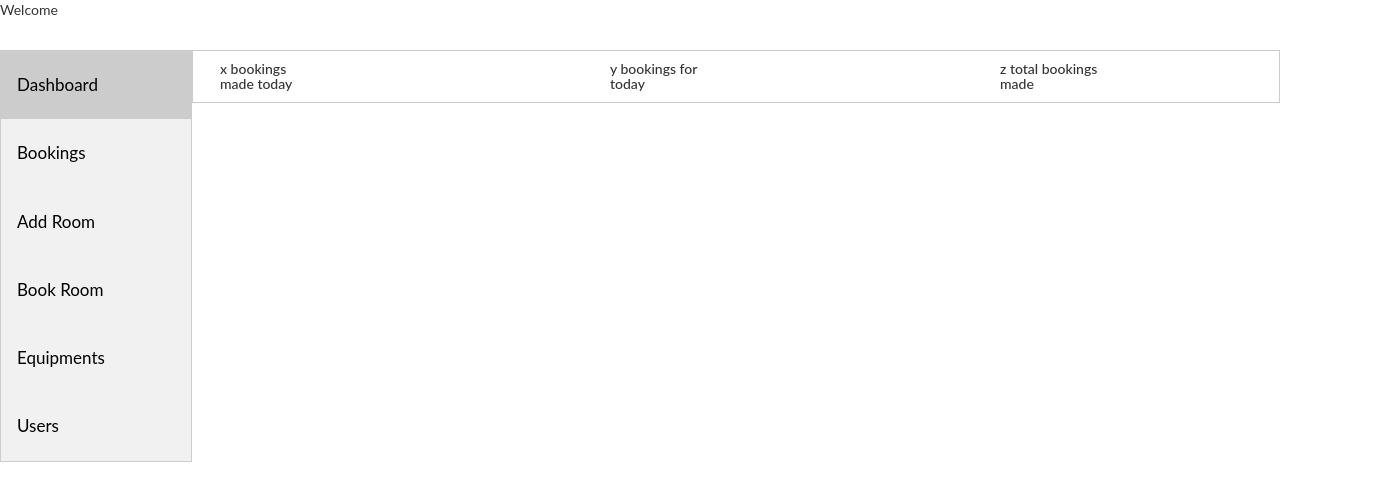
Repository: abhi608/visa_tutorial
Page: meetingroomapp/src/main/resources/static/dashboardView.html
An editor plug-in stored every save of this project. The page is shown before and after the next save, followed by the edit.
The browser window is 1280 px wide. The page is 1375 px wide, so the pictures cover 1375 px, including what lies to the right of the window. The pictures show the whole page.

Above is the page before, as saved 2018-08-07 07:51:16.

### meetingroomapp/src/main/resources/static/dashboardView.html
<!DOCTYPE html>
<html>
<head>
<meta name="viewport" content="width=device-width, initial-scale=1">
<link rel="stylesheet" href="https://maxcdn.bootstrapcdn.com/bootstrap/3.3.7/css/bootstrap.min.css">
 <script src="https://ajax.googleapis.com/ajax/libs/jquery/3.3.1/jquery.min.js"></script>
 <script src="https://maxcdn.bootstrapcdn.com/bootstrap/3.3.7/js/bootstrap.min.js"></script>
<style>
* {box-sizing: border-box}
body {font-family: "Lato", sans-serif;}


/* Style the tab */
.tab {
    float: left;
    border: 1px solid #ccc;
    background-color: #f1f1f1;
    width: 15%;
    /*height: 300px;*/
}

/* Style the buttons inside the tab */
.tab button {
    display: block;
    background-color: inherit;
    color: black;
    padding: 22px 16px;
    width: 100%;
    border: none;
    outline: none;
    text-align: left;
    cursor: pointer;
    transition: 0.3s;
    font-size: 17px;
}

/* Change background color of buttons on hover */
.tab button:hover {
    background-color: #ddd;
}

/* Create an active/current "tab button" class */
.tab button.active {
    background-color: #ccc;
}

/* Style the tab content */
.tabcontent {
    float: left;
    padding: 0px 12px;
	border: 1px solid #ccc;
    width: 85%;
    border-left: 1px solid #ccc ;
    border-bottom: 1px solid #ccc;
    /* height: 300px;*/
}
</style>
</head>
<body>

<p>Welcome </p><br />


<div class="tab">
  <button class="tablinks" onclick="openCity(event, 'Dashboard')" id="defaultOpen">Dashboard</button>
  <button class="tablinks" onclick="openCity(event, 'Bookings')">Bookings</button>
  <button class="tablinks" onclick="openCity(event, 'AddRoom')">Add Room</button>
  <button class="tablinks" onclick="openCity(event, 'BookRoom')">Book Room</button>
  <button class="tablinks" onclick="openCity(event, 'Equipments')">Equipments</button>
  <button class="tablinks" onclick="openCity(event, 'Users')">Users</button>
</div>

<div id="Dashboard" class="tabcontent">
  <div class="container">
	  <div class="row">
	    <div class="col-sm-4">
	      <div class="card border-dark mb-3" style="width: 10rem;">
  			<div class="card-body">
    			<h5 class="card-title">x bookings made today</h5>
  			</div>
		  </div>
	    </div>
	    <div class="col-sm-4">
	      <div class="card" style="width: 10rem;">
  			<div class="card-body">
    			<h5 class="card-title">y bookings for today</h5>
  			</div>
		  </div>
	    </div>
	    <div class="col-sm-4">
	      <div class="card" style="width: 10rem;">
  			<div class="card-body">
    			<h5 class="card-title">z total bookings made</h5>
  			</div>
		  </div>
	    </div>
	  </div>
  </div>
 </div>

<div id="Bookings" class="tabcontent">
  <h3>Bookings</h3>
  <p>Show Bookings</p>
</div>

<div id="AddRoom" class="tabcontent">
  <h3>Add Room</h3>
  <p>Add a new room</p>
</div>

<div id="BookRoom" class="tabcontent">
  <h3>Book a room</h3>
  <p>This will book a room</p>
</div>

<div id="Equipments" class="tabcontent">
  <h3>Equipments</h3>
  <p>Show Equipments</p>
</div>

<div id="Users" class="tabcontent">
  <h3>Users</h3>
  <p>Show all the rooms</p>
</div>




<script>
function openCity(evt, cityName) {
    var i, tabcontent, tablinks;
    tabcontent = document.getElementsByClassName("tabcontent");
    for (i = 0; i < tabcontent.length; i++) {
        tabcontent[i].style.display = "none";
    }
    tablinks = document.getElementsByClassName("tablinks");
    for (i = 0; i < tablinks.length; i++) {
        tablinks[i].className = tablinks[i].className.replace(" active", "");
    }
    document.getElementById(cityName).style.display = "block";
    evt.currentTarget.className += " active";
}

// Get the element with id="defaultOpen" and click on it
document.getElementById("defaultOpen").click();
</script>

</body>
</html>

After the next save:
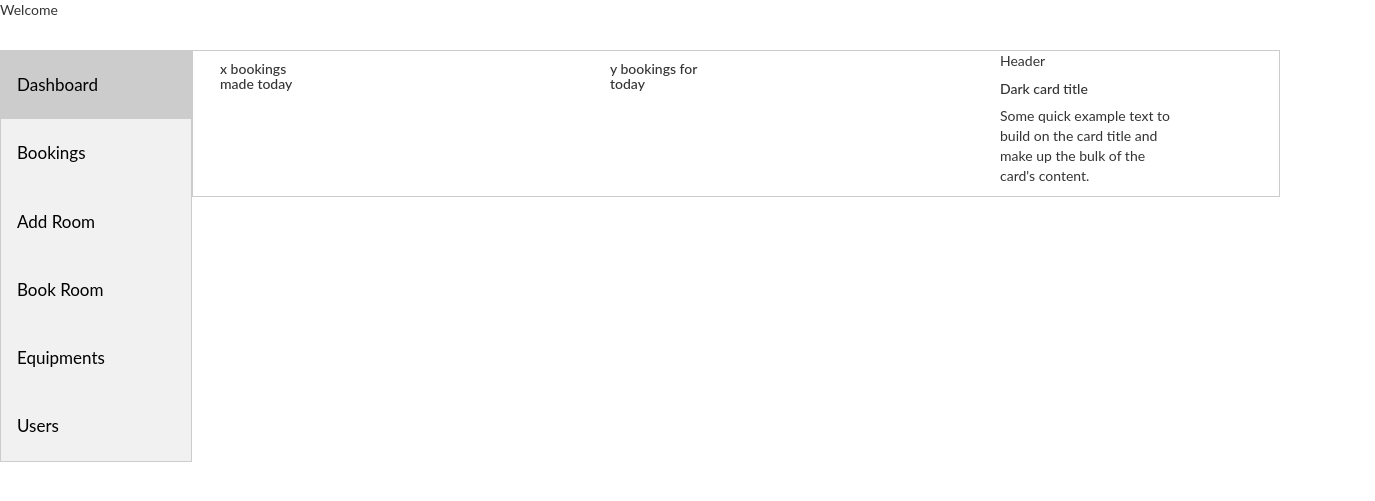
Saved 118 s later.
--- a/meetingroomapp/src/main/resources/static/dashboardView.html
+++ b/meetingroomapp/src/main/resources/static/dashboardView.html
@@ -88,11 +88,13 @@ body {font-family: "Lato", sans-serif;}
 		  </div>
 	    </div>
 	    <div class="col-sm-4">
-	      <div class="card" style="width: 10rem;">
-  			<div class="card-body">
-    			<h5 class="card-title">z total bookings made</h5>
-  			</div>
-		  </div>
+	      <div class="card border-dark mb-3" style="max-width: 18rem;">
+  <div class="card-header">Header</div>
+  <div class="card-body text-dark">
+    <h5 class="card-title">Dark card title</h5>
+    <p class="card-text">Some quick example text to build on the card title and make up the bulk of the card's content.</p>
+  </div>
+</div>
 	    </div>
 	  </div>
   </div>
